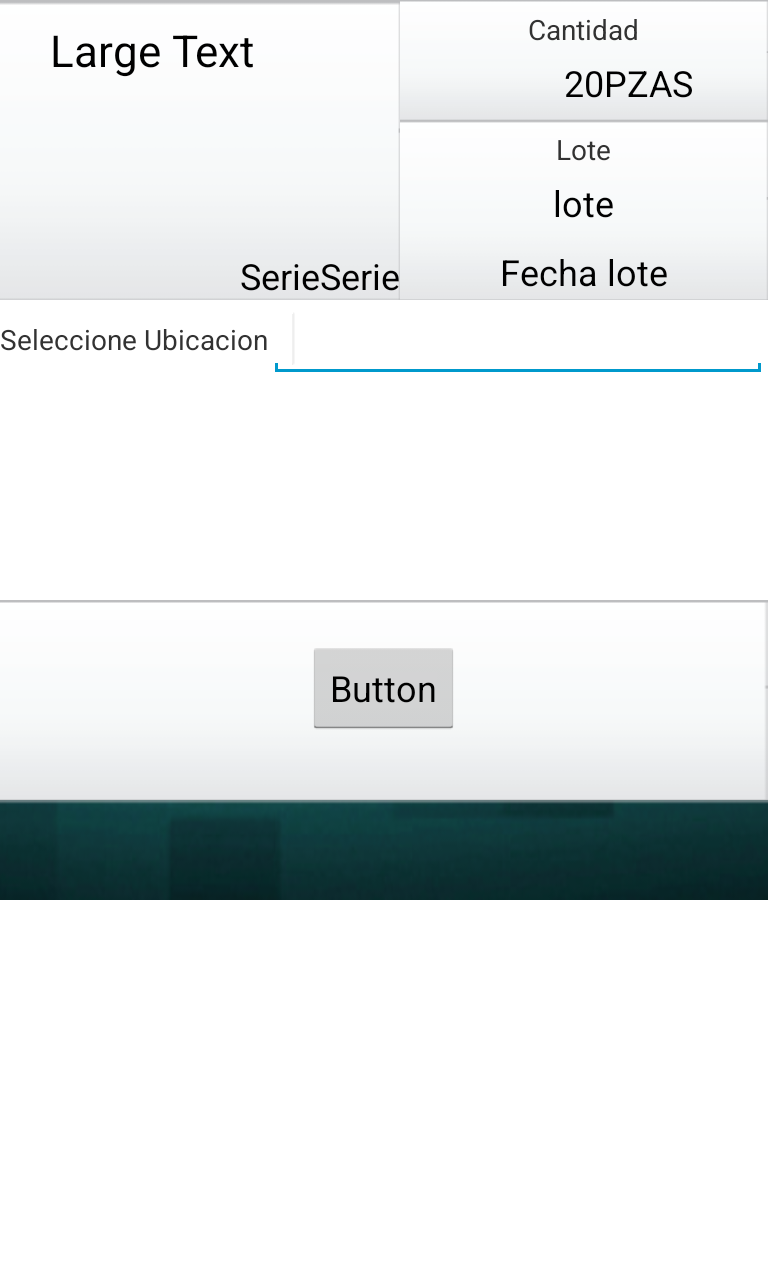
Repository: moynard/PeanutAndroid
Layout: WHSStorekeeper/res/layout/detail_arrivados.xml
These files come from the project's save history. The layout is drawn as it stood at one moment and after the next save; the edit follows.
It is drawn on a 768 x 1280 px phone screen (xhdpi) without system bars, with theme AppTheme; the app's code is not run.

Above is the layout before, as saved 2013-07-25 01:22:54.

After the next save:
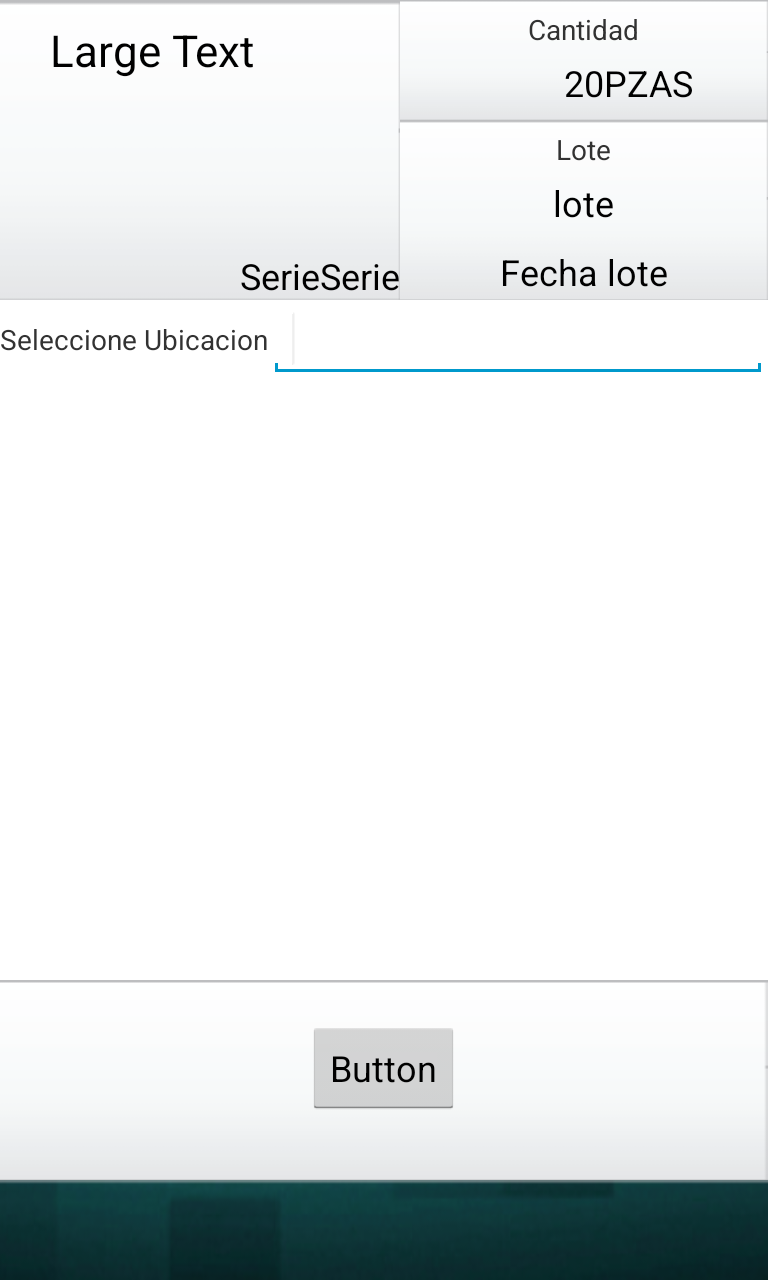
Saved 108 s later.
--- a/WHSStorekeeper/res/layout/detail_arrivados.xml
+++ b/WHSStorekeeper/res/layout/detail_arrivados.xml
@@ -155,32 +155,32 @@
 
 
     </RelativeLayout>
-      <RelativeLayout
-        android:id="@+id/layoutBoton"
-        android:layout_width="fill_parent"
-        android:layout_height="100dp"
-        android:layout_alignParentLeft="true"
-        android:layout_below="@+id/layoutinfo"
-        android:background="@drawable/bgproducto"
 
-         >
+     <RelativeLayout
+         android:id="@+id/layoutFoter"
+         android:layout_width="fill_parent"
+         android:layout_height="50dp"
+         android:layout_alignParentBottom="true"
+         android:layout_alignParentLeft="true"
+         android:background="@drawable/bgfoot" >
+     </RelativeLayout>
 
-               <Button
-                      android:id="@+id/sendUbicacion"
-                      android:layout_width="wrap_content"
-                      android:layout_height="wrap_content"
-                      android:layout_below="@+id/autocomplete"
-                      android:layout_centerHorizontal="true"
-                      android:layout_marginTop="20dp"
-                      android:text="Button" />
-    </RelativeLayout>
      <RelativeLayout
-        android:id="@+id/layoutFoter"
-        android:layout_width="fill_parent"
-        android:layout_height="50dp"
-        android:layout_below="@+id/layoutBoton"
-        android:background="@drawable/bgfoot"
-         >
-    </RelativeLayout>
+         android:id="@+id/layoutBoton"
+         android:layout_width="fill_parent"
+         android:layout_height="100dp"
+         android:layout_above="@+id/layoutFoter"
+         android:layout_alignParentLeft="true"
+         android:background="@drawable/bgproducto" >
+
+         <Button
+             android:id="@+id/sendUbicacion"
+             android:layout_width="wrap_content"
+             android:layout_height="wrap_content"
+             android:layout_below="@+id/autocomplete"
+             android:layout_centerHorizontal="true"
+             android:layout_marginTop="20dp"
+             android:text="Button" />
+     </RelativeLayout>
 
 </RelativeLayout>
